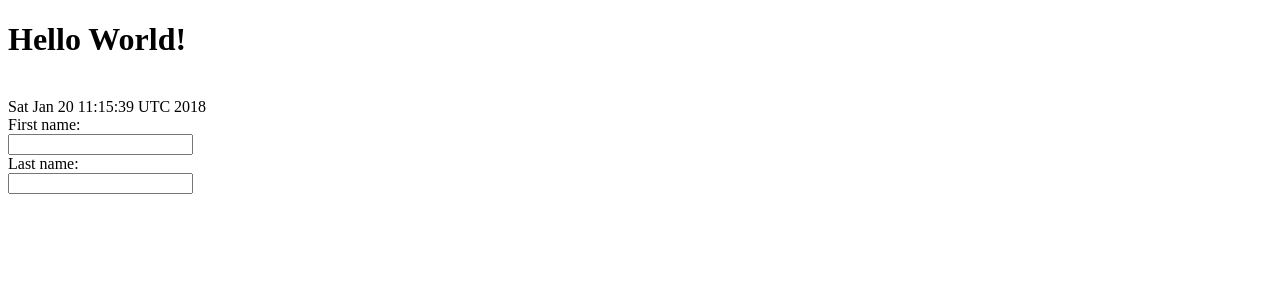
Repository: lotockijj/new
Page: http://localhost/jsp/
The author's editor kept a copy of each file at every save. The page is drawn from the files as they stood at one save, then again after the next save.
The browser window is 1280 px wide. The pictures show the whole page.
The page is served by Tomcat 9.

Above is the page before, as saved 2018-01-20 16:22:47.

After the next save:
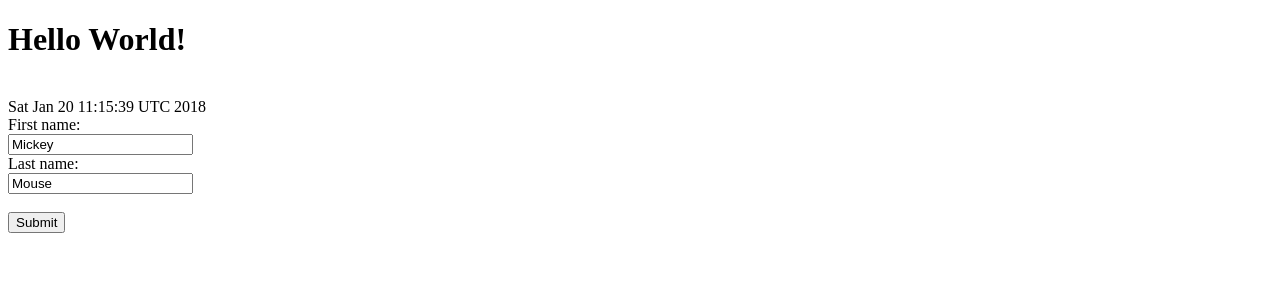
Saved 97 s later.
--- a/jsp/WebContent/index.jsp
+++ b/jsp/WebContent/index.jsp
@@ -9,11 +9,15 @@
 <body>
 	<h1>Hello World!</h1>
 	<br>
-	<%= new java.util.Date() %>
+	<%=new java.util.Date()%>
+	<br> First name:
 	<br>
-	<form>
-		First name:<br> <input type="text" name="firstname"><br>
-		Last name:<br> <input type="text" name="lastname">
-	</form>
+	<input type="text" name="firstname" value="Mickey">
+	<br> Last name:
+	<br>
+	<input type="text" name="lastname" value="Mouse">
+	<br>
+	<br>
+	<input type="submit" value="Submit">
 </body>
 </html>
